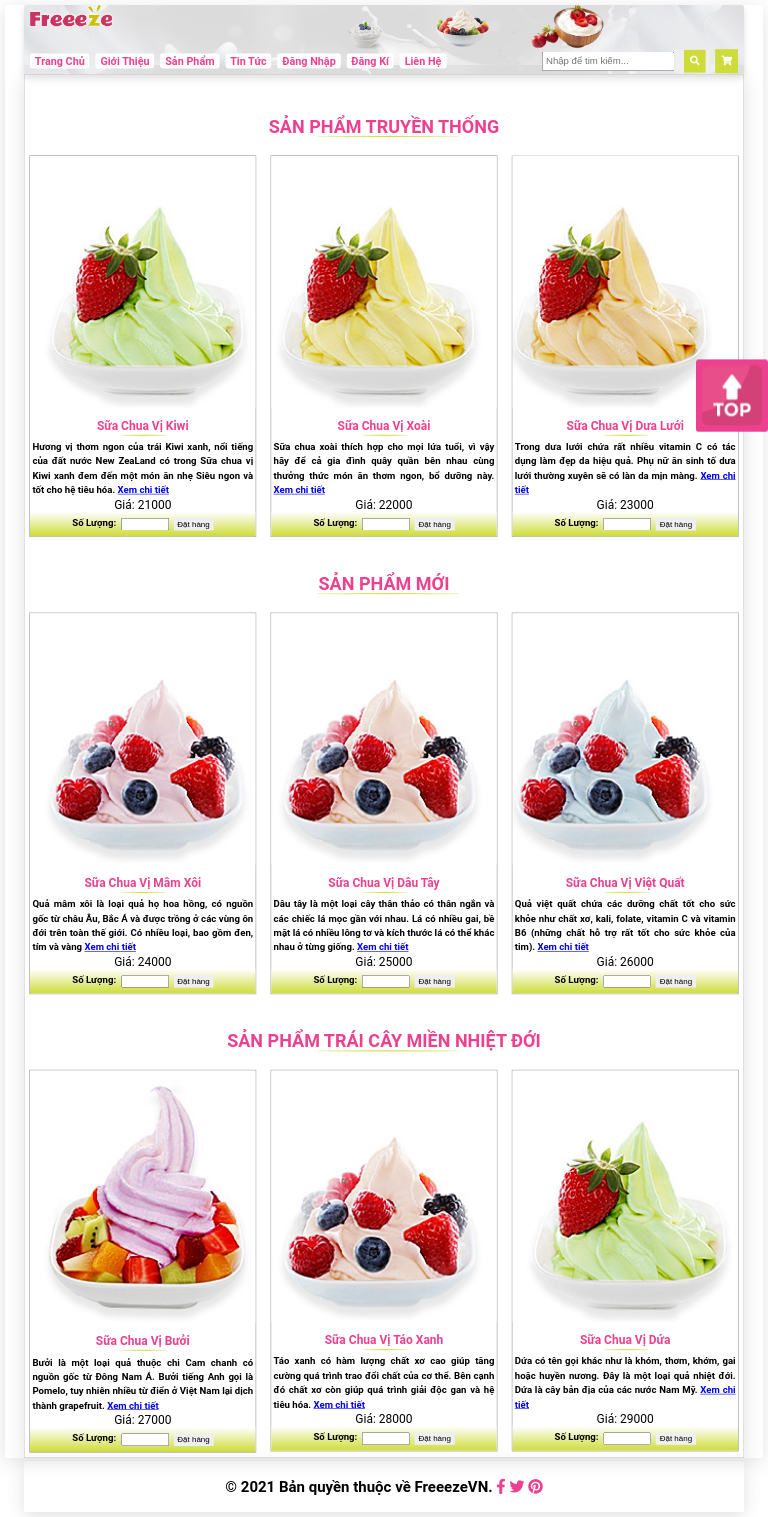
Repository: minh352623/lab1
Page: sanpham.html
These files come from the project's save history. The page is drawn as it stood at one moment and after the next save; the edit follows.
The browser window is 1280 px wide. The pictures show the whole page, at 60% of full size.

Above is the page before, as saved 2022-03-12 23:36:49.

### sanpham.html
<!DOCTYPE html>
<html lang="en">

<head>
    <meta charset="UTF-8">
    <meta http-equiv="X-UA-Compatible" content="IE=edge">
    <meta name="viewport" content="width=device-width, initial-scale=1.0">
    <link rel="shortcut icon" href="./images/favicon.ico" type="image/x-icon">
    <link rel="stylesheet" href="https://cdnjs.cloudflare.com/ajax/libs/font-awesome/5.15.4/css/all.min.css" integrity="sha512-1ycn6IcaQQ40/MKBW2W4Rhis/DbILU74C1vSrLJxCq57o941Ym01SwNsOMqvEBFlcgUa6xLiPY/NS5R+E6ztJQ==" crossorigin="anonymous" referrerpolicy="no-referrer" />


    <link rel="stylesheet" href="./assets/base.css">
    <link rel="stylesheet" href="./assets/grid.css">
    <link rel="stylesheet" href="./assets/main.css">
    <link rel="stylesheet" href="./assets/sanpham.css">
    <link rel="stylesheet" href="./assets/responsive.css">
    <link rel="shortcut icon" href="./assets/images/favicon.ico">
    <title>Sản Phẩm</title>
</head>

<body>
    <div class="app">
        <!-- header -->
        <div class="header">
            <div class="grid wide">
                <div class="header__backrgoud">

                    <a href="index.html" class="header__logo">
                        <img src="./assets/images/logo.png" alt="">
                    </a>
                    <div class="header__three-img">

                        <a href="#" class="header__img img1">
                            <img src="./assets/images/header-img1.png" alt="hinh1">
                        </a>
                        <a href="#" class="header__img img2">
                            <img src="./assets/images/header-img2.png" alt="hinh2">
                        </a>
                        <a href="#" class="header__img img3">
                            <img src="./assets/images/header-img3.png" alt="hinh3">
                        </a>
                    </div>

                    <div class="header-navbar">
                        <div class="header-navbar__left">
                            <ul  class="header__list">
                                <li class="header__item">
                                    <a href="./index.html" class="header__item-link">Trang Chủ</a>

                                </li>
                                <li class="header__item">
                                    <a href="./gioithieu.html" class="header__item-link">Giới Thiệu </a>

                                </li>
                                <li class="header__item">
                                    <a href="./sanpham.html" class="header__item-link">Sản Phẩm</a>

                                </li>
                                <li class="header__item">
                                    <a href="./tintuc.html" class="header__item-link">Tin Tức</a>

                                </li>
                                <li class="header__item">
                                    <a href="./dangnhap.html" class="header__item-link">Đăng Nhập</a>

                                </li>
                                <li class="header__item">
                                    <a href="./dangky.html" class="header__item-link">Đăng Kí</a>

                                </li>
                                <li class="header__item">
                                    <a href="./lienhe.html" class="header__item-link">Liên Hệ</a>

                                </li>


                            </ul>
                        </div>

                        <form action="timkiem.html" class="header-navbar__right form-search" >
                            <div class="header-input">
                                <input type="text" class="input-search" submit placeholder="Nhập để tim kiếm...">
                            </div>
                            <div class="header-icon">
                                <button type="submit">

                                    <a href="#" class="header-icon__search">
                                        <i class="fas fa-search"></i>

                                    </a>
                                </button>
                                <a class="header-icon__cart">
                                    <i class="fas fa-shopping-cart"></i>
                                </a>
                            </div>
                        </form>
                    </div>
                </div>
            </div>

        </div>


        <!-- main -->
        <div class="main">
            <div class="grid wide">
                <div class="container">


                    <div class="product">
                        <h1 class="product__title product__header-center">Sản Phẩm Truyền Thống</h1>
                        <div class="row">

                            <div class="col l-4">

                            </div>
                            <div class="col l-4">

                            </div>
                            <div class="col l-4 overflow">

                            </div>
                        </div>

                    </div>
                    <div class="product">
                        <h1 class="product__title product__header-center">SẢN PHẨM MỚI
                        </h1>
                        <div class="row">

                            <div class="col l-4">

                            </div>
                            <div class="col l-4">

                            </div>
                            <div class="col l-4">

                            </div>
                        </div>

                    </div>
                    <div class="product">
                        <h1 class="product__title product__header-center">SẢN PHẨM TRÁI CÂY MIỀN NHIỆT ĐỚI
                        </h1>
                        <div class="row">

                            <div class="col l-4">

                            </div>
                            <div class="col l-4">



                            </div>

                            <div class="col l-4">

                            </div>
                        </div>

                    </div>
                </div>


            </div>


        </div>

    </div>


    <!-- footer -->
    <div class="footer">
        <div class="grid wide">
            <div class="license">
                <span>© 2021 Bản quyền thuộc về FreeezeVN.</span>
                <a href="">

                    <i class="fab fa-facebook-f"></i>
                </a>
                <a href="">

                    <i class="fab fa-twitter"></i>
                </a>
                <a href="">

                    <i class="fab fa-pinterest"></i>
                </a>
            </div>
            <a href="#" class="scoll">

                <img src="./assets/images/top.png" alt="">
            </a>
        </div>

    </div>

    </div>
    <script src="./js/sanpham.js"></script>
    <script src="./js/app.js"></script>

</body>

</html>

### assets/base.css
:root {
    --white-color:#fff;
    --black-color:#000;
    --text-color:#333;
    --text-color-header:#ed4190;
    --header-height:40px;
    --header-height-main:50px;
}

*{
    box-sizing: inherit;
}
.app {
    overflow: hidden;
}
html {
    font-size: 62.5%;
    line-height: 1.6rem;
    font-family: 'Roboto', sans-serif;
    box-sizing: border-box;


}

.btn {
    min-width: 124px;
    height: 34px;
    text-decoration: none;
    border: none;
    font-size: 1.5rem;
    cursor: pointer;
    color: var(--text-color);

    display: flex;
    justify-content: center;
    align-items: center;
    padding: 0 12px;
    background-color: var(--white-color);
    line-height: 1.6rem;
    outline: none;
}
.btn--size-s {
    height: 32px;
    font-size: 1.2rem;
}
.btn.btn--nomal-hover:hover {
    background-color: rgba(0, 0, 0,0.2);
}

.btn.btn--primary {
    background-color: var(--primary-color);
    color: var(--white-color);
}

.btn.btn--disabled {
    cursor: default;
    background-color: #c3c3c3;
    color: #949494;
}

### assets/main.css

html{
    scroll-behavior: smooth;
}
.app{
    position: relative;
    box-shadow: rgba(100, 100, 111, 0.2) 0px 7px 29px 0px;
}
button{
    border: none;
}
.header.is-fixed {
    position: fixed;
    top: 0;
    left: 0;
    width: 100%;
    z-index: 100;
    animation: fade 0.25s forwards 1;
  }
.header__backrgoud {
    background-image: url('./images/header.png');
    border-radius: 5px;
    padding: 0 10px;
    /* height:10rem; */
    overflow: hidden;
    display: block;
    position: relative;
    box-shadow: rgba(100, 100, 111, 0.2) 0px 7px 10px 0px;
}

.header__logo {
    display: inline-block;
}

.header__three-img {
    position: absolute;
    top: 0;
    left: 20%;
    width: 80%;



}

.header__img {
    display: inline-block;



}

.img1 {
    position: absolute;
    animation: img1 ease 1s;
    left: 30%;
    top: 2%;

}

.img2 {
    position: absolute;
    animation: img2 ease 1s;
    left: 45%;
    top: 2%;

}

.img3 {
    position: absolute;
    animation: img3 ease 1s;
    left: 63%;
    top: 2%;

}

@keyframes img1 {
    0% {
        left: 100%;
    }

    100% {
        left: 20%
    }
}

@keyframes img2 {
    0% {
        left: 100%;
    }

    100% {
        left: 40%
    }
}

@keyframes img3 {
    0% {
        left: 100%;
    }

    100% {
        left: 60%
    }
}

.header__img img {
    height: 80px;
}


.header-navbar {

    display: flex;
    justify-content: space-between;
    margin-top: 30px;
}

.header-navbar__left {
    display: flex;
    align-items: center;

}

.header__list {
    padding: 0;
    list-style: none;
    display: flex;

}

.header__item+.header__item {
    margin-left: 10px;
}

.header__item {

    background-color: var(--white-color);
    border-radius: 4px;
}
.header__item:hover a{
    color: var(--white-color);
    background-color: var(--text-color-header);
    border-radius: 4px;

}

.header__item-link {
    width: 100%;
    padding: 0 8px;
    line-height: 1.4;
    font-size: 1.8rem;
    font-weight: 600;
    display: block;
    text-decoration: none;
    color: var(--text-color-header)
}

.header-navbar__right {
    display: flex;


    align-items: center;

}

.header-input input {
    font-size: 1.6rem;
    padding: 5px 5px;

}

.header-icon {
    display: flex;
}

.header-icon__cart,
.header-icon__search {
    display: block;
    font-size: 1.6rem;
    margin-left: 10px;
    padding: 10px;
    background-color: #cddc39;
    text-decoration: none;

}

.header-icon__cart i,
.header-icon__search i {
    align-items: center;
    text-align: center;
    color: var(--white-color)
}

/* main */
.container {
    box-shadow: rgba(100, 100, 111, 0.2) 0px 7px 29px 0px;
    border:1px solid #ccc;
    padding:8px;
}

.bg-home {
    /* width:100%; */
}

.bg-home img {
    width: 100%;
    object-fit: contain;
}

.product {
    padding-top:50px
}

.product__header-center {

    color: var(--text-color-header);
    font-size: 3rem;
    position: relative;

    text-align: center;
    display: flex;
    justify-content: center;

}

.product__header-center::after {
    content: '';
    position: absolute;
    background: radial-gradient(#cddc39, #fff);
    box-sizing: border-box;
    transform: skew(-12deg) translate(3%);
    height: 3px;
    width: 20%;
    bottom: -10px;
}

.product__title {
    font-size: 2rem;
    color: var(--text-color-header)
}

.product__img {

}
.product__img img{
    width: 100%;
    object-fit: contain;
}
.product__info p{
    line-height:1.5;
    width: 100%;
    margin-top: 0;
    font-size:1.8rem;
    color: var(--black-color);
    font-weight: 600;
}
.flex{
    display: flex;
    flex-direction: row-reverse
}
.product__header-center3{
    color: var(--text-color-header);
    font-size: 3rem;




}
.tutorial h2{
    color: var(--text-color-header);
    font-size:1.8rem;
}

.tutorial{
    font-size:1.6rem;
    line-height: 1.4;
    font-weight: 600;
}

.contact{
    border:1px solid var(--text-color-header);
    padding:10px 0;
    text-align:center;
}
.contact__img{
    object-fit: contain;
    width: 40%;
}
.contact span {
    display: block;
    font-size:1.8rem;
    font-weight: 600;
    padding-top: 10px;
}

/* footer */

.license{
    font-size:2.5rem;
    font-weight: 600;
    display: block;
    padding: 30px 50px;
    margin-top: 5px;
    text-align:center;
    box-shadow: rgba(100, 100, 111, 0.2) 0px 7px 29px 0px;
}
.license a{
    text-decoration:none;
    color: var(--text-color-header)
}

.scoll{
    font-size:2rem;
    position:fixed;
    background:var(--text-color-header);
    display:block;
    text-decoration: none;
    padding:10px;
    bottom:0;
    right: 0;
    border-radius:5px;
}
.scoll img{
    width: 100%;
    object-fit: contain;
    width:100px;
    height: 100px;
}
.price{
    font-size:2rem;
    margin:16px 0;

}

### assets/sanpham.css
.product{
    /* border: 1px solid #333; */
}
.overflow{
    overflow: hidden;
}

.product__title{
    text-transform:uppercase;
    font-size: 3rem !important;
    text-align: center;
    margin-bottom: 40px;
}
.product-child{
    border: 1px solid #999;

    overflow: hidden;

}
.product__header-center{
    text-align: center;
    font-size:2rem;
    height:10%;
}
.product__header{

    height:60%;
}
.product__img{
    height:40%;
    position: relative;
}
.product__img img{
    max-height:100%;
    object-fit: cover;
}
.product__info {
    height:90%;
    text-align: center;
}
.product__info p {
    height:60%;
    font-size:1.6rem;
    height:30%;
    text-align: justify;
    padding:0 4px;
    margin-bottom: 4px;
}

.product__info-oder {
    height:40%;
    display:flex;
    font-size:1.6rem;
    padding:10px 0;
    background-image:linear-gradient(  #fff,#cddc39);
    /* background-color:red; */
    justify-content:center;
}
.product__info-oder span{
    font-weight: 600;
}
.product__info-oder input{
    margin: 0 8px;
    width:80px
}
.product__img::after,
.product__img::before{
    content: "";
    position: absolute;
    display: block;
    top: 0;
    width: 0;
    bottom: 0;
    background-color: #333;
    opacity: 0.2;
    z-index: 1;
    transition: all ease 0.8s;
    -webkit-transition: all 0.4s ease;
}
.product__img:hover::after,
.product__img:hover::before{
    width:50%;
}
.product__img::after{
    right:0;
}
.product__img::before{
    left:0;
}

### assets/responsive.css
/* mobile and table  */

@media (max-width:1023px){




}


/* table  */

@media (min-width:740px) and (max-width:1023px ){







}


/* mobile */
@media (max-width:739px){




}

### js/sanpham.js
window.addEventListener("load",function(){

    const col = document.querySelectorAll(".col.l-4");



    const items =
    [

        {
            id:1,
            name:"Sữa Chua Vị Kiwi",
            title:"Hương vị thơm ngon của trái Kiwi xanh, nổi tiếng của đất nước New ZeaLand có trong Sữa chua vị Kiwi xanh đem đến một món ăn nhẹ Siêu ngon và tốt cho hệ tiêu hóa.",
            price:21000,
            photo:"./assets/images/sanpham/kiwi.jpg",
        },
        {

            id:2,

            name:"Sữa Chua Vị Xoài",
            title:"Sữa chua xoài thích hợp cho mọi lứa tuổi, vì vậy hãy để cả gia đình quây quần bên nhau cùng thưởng thức món ăn thơm ngon, bổ dưỡng này.",
            price:22000,
            photo:"./assets/images/sanpham/mango.jpg",
        },
        {
            id:3,

            name:"Sữa Chua Vị Dưa Lưới",
            title:"Trong dưa lưới chứa rất nhiều vitamin C có tác dụng làm đẹp da hiệu quả. Phụ nữ ăn sinh tố dưa lưới thường xuyên sẽ có làn da mịn màng.",
            price:23000,
            photo:"./assets/images/sanpham/cantaloupe.jpg",
        },
        {
            id:4,

            name:"Sữa Chua Vị Mâm Xôi",
            title:"Quả mâm xôi là loại quả họ hoa hồng, có nguồn gốc từ châu Âu, Bắc Á và được trồng ở các vùng ôn đới trên toàn thế giới. Có nhiều loại, bao gồm đen, tím và vàng",
            price:24000,
            photo:"./assets/images/sanpham/blackberry.jpg",
        },
        {
            id:5,

            name:"Sữa Chua Vị Dâu Tây",
            title:"Dâu tây là một loại cây thân thảo có thân ngắn và các chiếc lá mọc gần với nhau. Lá có nhiều gai, bề mặt lá có nhiều lông tơ và kích thước lá có thể khác nhau ở từng giống.",
            price:25000,
            photo:"./assets/images/sanpham/strawberry.jpg",
        },
        {
            id:6,

            name:"Sữa Chua Vị Việt Quất",
            title:"Quả việt quất chứa các dưỡng chất tốt cho sức khỏe như chất xơ, kali, folate, vitamin C và vitamin B6 (những chất hỗ trợ rất tốt cho sức khỏe của tim).",
            price:26000,
            photo:"./assets/images/sanpham/blueberry.jpg",
        },
        {
            id:7,

            name:"Sữa Chua Vị Bưởi",
            title:"Bưởi là một loại quả thuộc chi Cam chanh có nguồn gốc từ Đông Nam Á. Bưởi tiếng Anh gọi là Pomelo, tuy nhiên nhiều từ điển ở Việt Nam lại dịch thành grapefruit.",
            price:27000,
            photo:"./assets/images/sanpham/grapes.jpg",
        },
        {
            id:8,

            name:"Sữa Chua Vị Táo Xanh",
            title:"Táo xanh có hàm lượng chất xơ cao giúp tăng cường quá trình trao đổi chất của cơ thể. Bên cạnh đó chất xơ còn giúp quá trình giải độc gan và hệ tiêu hóa.",
            price:28000,
            photo:"./assets/images/sanpham/strawberry.jpg",
        },
        {
            id:9,

            name:"Sữa Chua Vị Dứa",
            title:"Dứa có tên gọi khác như là khóm, thơm, khớm, gai hoặc huyền nương. Đây là một loại quả nhiệt đới. Dứa là cây bản địa của các nước Nam Mỹ.",
            price:29000,
            photo:"./assets/images/sanpham/kiwi.jpg",
        },
    ]
    function renderItem(item){
        const template = `
        <form class="product-child" data-id="${item.id}">

            <div class="product__img">
                <img src="${item.photo}" name="img"></img>
            </div>

            <div class="product__header">
                <h2 class="product__header-center" name="nameSp">
                    ${item.name}
                </h2>
            </div>


            <div class="product__info">
                <p>
                    <span name="title">${item.title}</span>
                    <a href="#">Xem chi tiết</a>
                </p>
                <span class="price" name="price">Giá: ${item.price}</span>
                <div class="product__info-oder">
                    <span>Số Lượng:</span>
                    <input type="text" name="soluong">
                    <button type="submit" class="submit">Đặt hàng</button>

                </div>

            </div>


        </form>

        `;
        return template;

    }
    // console.log(items[0]);
    for(let i = 0; i<col.length;i++){
        const item = items[i];
        col[i].insertAdjacentHTML("beforeend",renderItem(item))
    }


    //đăt Hàng
    for(let i = 0; i<col.length;i++){
        col[i].addEventListener("click",function(e){
            if(e.target.matches(".product-child")){
                e.preventDefault();
            }
            if(e.target.matches(".submit")){
                // console.log(e.target);
                e.preventDefault();
                const form = this.querySelector(".product-child");
                console.log(form);
                const img = form.elements["img"].value;
                // console.log(img);

            }
        })
    }



});

Loaded but not shown: js/app.js (47 lines, source omitted); assets/grid.css (644 lines, source omitted)

After the next save:
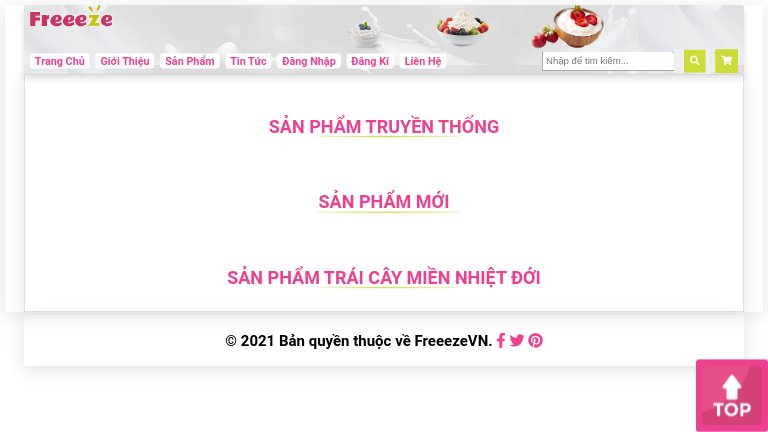
Console error: SyntaxError: Unexpected token ';'
Saved 16 s later.
--- a/js/sanpham.js
+++ b/js/sanpham.js
@@ -135,7 +135,7 @@
                 e.preventDefault();
                 const form = this.querySelector(".product-child");
                 console.log(form);
-                const img = form.elements["img"].value;
+                const img = form.;
                 // console.log(img);
 
             }

After the save that followed:
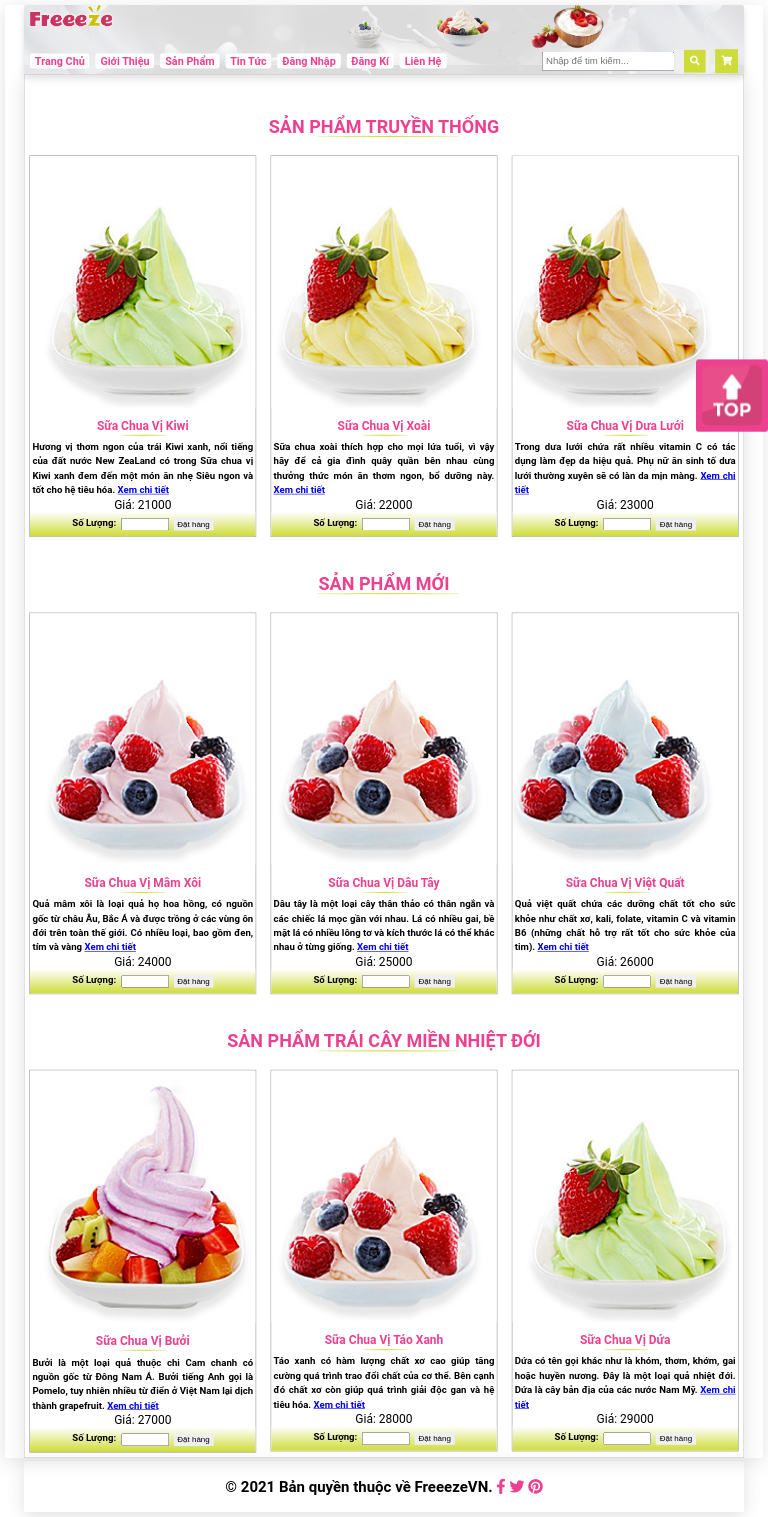
The error is gone.
Saved 4 s later.
--- a/js/sanpham.js
+++ b/js/sanpham.js
@@ -135,7 +135,7 @@
                 e.preventDefault();
                 const form = this.querySelector(".product-child");
                 console.log(form);
-                const img = form.;
+                const img = form.document.que;
                 // console.log(img);
 
             }
